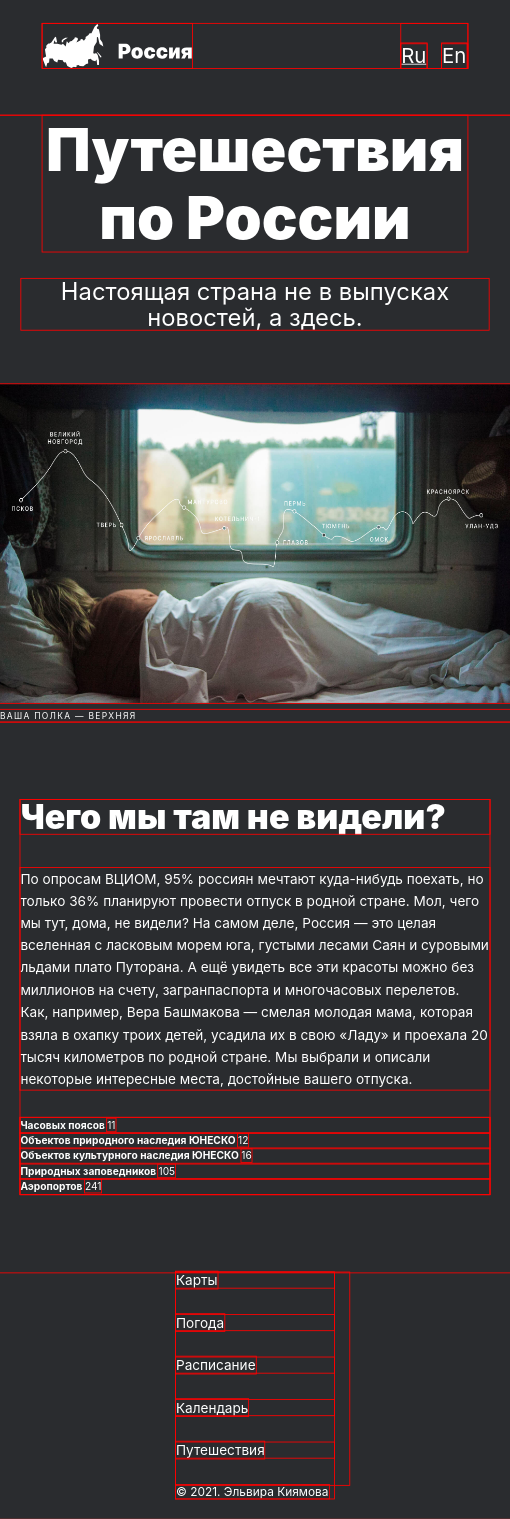
Repository: 89373611988/russia-travel
Page: index.html
An editor plug-in stored every save of this project. The page is shown before and after a run of saves, followed by the edit.
The browser window is 600 px wide. The pictures show the whole page, at 85% of full size.
Some web fonts or font styles are not loaded; a fallback is used.

Above is the page before, as saved 2021-12-18 20:00:37.

### index.html
<!DOCTYPE html>
<html lang="ru">
  <head>
    <meta charset="UTF-8" />
    <meta name="viewport" content="width=device-width, initial-scale=1">
    <title>Путешествия по России</title>
    <link rel="stylesheet" href="pages/index.css" />
  </head>
  <body>
    <div class="page">
      <header class="header page__header">
        <img src="./images/header-logo.svg" alt="" class="header__logo">
        <ul class="header__list">
          <li class="header__item">
            <a href="#" target="_blank" class="header__lang-link">Ru</a>
          </li>
          <li class="header__item">
            <a href="#" target="_blank" class="header__lang-link">En</a>
          </li>
        </ul>
      </header>
      <main class="content">
        <section class="lead ">
          <h1 class="lead__title">Путешествия по России</h1>
          <p class="lead__subtitle">Настоящая страна не в выпусках новостей, а здесь.</p>
          <img src="./images/lead-polka.jpg" alt="Отдых в вагоне" class="lead__image">
          <p class="lead__caption">ваша полка — верхняя</p>
        </section>

        <section class="intro page__intro">
          <h2 class="intro__title">Чего мы там не видели?</h2>
          <p class="intro__text">По опросам ВЦИОМ, 95% россиян мечтают куда-нибудь поехать, но только 36% планируют провести отпуск в родной стране. Мол, чего мы тут, дома, не видели? На самом деле, Россия — это целая вселенная с ласковым морем юга, густыми лесами Саян и суровыми льдами плато Путорана. А ещё увидеть все эти красоты можно без миллионов на счету, загранпаспорта и многочасовых перелетов. Как, например, Вера Башмакова — смелая молодая мама, которая взяла в охапку троих детей, усадила их в свою «Ладу» и проехала 20 тысяч километров по родной стране. Мы выбрали и описали некоторые интересные места, достойные вашего отпуска.</p>
          <ul class="intro__list">
            <li class="intro__item">Часовых поясов
              <span class="intro__number">11</span>
            </li>
            <li class="intro__item">Объектов природного наследия ЮНЕСКО
              <span class="intro__number">12</span>
            </li>
            <li class="intro__item">Объектов культурного наследия ЮНЕСКО
              <span class="intro__number">16</span>
            </li>
            <li class="intro__item">Природных заповедников
              <span class="intro__number">105</span>
            </li>
            <li class="intro__item">Аэропортов
              <span class="intro__number">241</span>
            </li>
          </ul>
        </section>
      </main>

      <footer class="footer">
        <ul class="footer__list">
          <li class="footer__item">
            <a href="https://yandex.ru/maps" class="footer__link">Карты</a>
          </li>
          <li class="footer__item">
            <a href="https://yandex.ru/pogoda" class="footer__link">Погода</a>
          </li>
          <li class="footer__item">
            <a href="https://rasp.yandex.ru" class="footer__link">Расписание</a>
          </li>
          <li class="footer__item">
            <a href="https://calendar.yandex.ru" class="footer__link">Календарь</a>
          </li>
          <li class="footer__item">
            <a href="https://travel.yandex.ru" class="footer__link">Путешествия</a>
          </li>
        </ul>
        <p class="footer__copyright">&copy; 2021. Эльвира Киямова</p>
      </footer>

    </div>
  </body>
</html>

### pages/index.css
@import url("../styles/normalize.css");

@import url("../blocks/page/page.css");
@import url("../blocks/page/__header/page__header.css");
@import url("../blocks/page/__intro/page__intro.css");

@import url("../blocks/header/header.css");
@import url("../blocks/header/__logo/header__logo.css");
@import url("../blocks/header/__list/header__list.css");
@import url("../blocks/header/__item/header__item.css");
@import url("../blocks/header/__lang-link/header__lang-link.css");

@import url("../blocks/content/content.css");

@import url("../blocks/lead/lead.css");
@import url("../blocks/lead/__title/lead__title.css");
@import url("../blocks/lead/__subtitle/lead__subtitle.css");
@import url("../blocks/lead/__image/lead__image.css");
@import url("../blocks/lead/__caption/lead__caption.css");

@import url("../blocks/intro/intro.css");
@import url("../blocks/intro/__title/intro__title.css");
@import url("../blocks/intro/__text/intro__text.css");
@import url("../blocks/intro/__list/intro__list.css");
@import url("../blocks/intro/__item/intro__item.css");
@import url("../blocks/intro/__number/intro__number.css");

@import url("../blocks/footer/footer.css");
@import url("../blocks/footer/__list/footer__list.css");
@import url("../blocks/footer/__item/footer__item.css");
@import url("../blocks/footer/__link/footer__link.css");
@import url("../blocks/footer/__copyight/footer__copyight.css");

@import url("../fonts/Inter\ Web");

### blocks/page/page.css
* {
  outline-width: 1px;
  outline-style: solid;
  outline-color: red;
}

.page {
  color: #ffffff;
  background-color: #2a2c2f;
  font-family: "Inter";
  font-style: normal;
  padding: 28px 0 24px;
  -moz-osx-font-smoothing: grayscale;
  -webkit-font-smoothing: antialiased;
  -webkit-text-size-adjust: 100%;
  -ms-text-size-adjust: 100%;
  -moz-text-size-adjust: 100%;
  text-rendering: optimizeLegibility;
  display: flex;
  flex-direction: column;
  align-items: center;
}

### blocks/page/__header/page__header.css
.page__header {
  margin-bottom: 56px;
}

### blocks/page/__intro/page__intro.css
.page__intro {
  margin: 92px 0;
}

### blocks/header/header.css
.header {
  display: flex;
  flex-direction: row;
  justify-content: space-between;
  width: 1184px;
}

@media (max-width: 1200px) {
  .header {
    width: 928px;
  }
}

@media (max-width: 940px) {
  .header {
    width: 720px;
  }
}

@media (max-width: 768px) {
  .header {
    width: 720px;
  }
}

@media (max-width: 730px) {
  .header {
    width: 600px;
  }
}

@media (max-width: 640px) {
  .header {
    width: 500px;
  }
}

@media (max-width: 540px) {
  .header {
    width: 400px;
  }
}

@media (max-width: 440px) {
  .header {
    width: 300px;
  }
}

@media (max-width: 320px) {
  .header {
    width: 288px;
  }
}

### blocks/header/__logo/header__logo.css
.header__logo {
  width: 176px;
  height: 52px;
}

@media (max-width: 500px) {
  .header__logo {
    width: 142px;
    height: 42px;
  }
}

### blocks/header/__list/header__list.css
.header__list {
  display: flex;
  flex-direction: row;
  align-items: flex-end;
  padding: 0;
  margin: 0;
}

### blocks/header/__item/header__item.css
.header__item {
  list-style-type: none;
  width: 30px;
  height: 28px;
}

.header__item:first-child {
  margin-right: 18px;
  text-decoration: underline;
}

### blocks/header/__lang-link/header__lang-link.css
.header__lang-link {
  font-size: 24px;
  line-height: 28px;
  color: #fff;
  text-decoration: none;
}

@media (max-width: 500px) {
  .header__lang-link {
    font-size: 18px;
    line-height: 20px;
  }
}

### blocks/content/content.css


.content {

}

### blocks/lead/lead.css
.lead {
  display: flex;
  flex-direction: column;
}

### blocks/lead/__title/lead__title.css
.lead__title {
  font-weight: 900;
  font-size: 96px;
  line-height: 100px;
  max-width: 720px;
  text-align: center;
  align-self: center;
  margin: 0;
}

@media (max-width: 768px) {
  .lead__title {
    font-size: 70px;
    line-height: 80px;
    max-width: 500px;
  }
}

@media (max-width: 520px) {
  .lead__title {
    font-size: 50px;
    line-height: 70px;
    max-width: 400px;
  }
}

@media (max-width: 440px) {
  .lead__title {
    font-size: 45px;
    line-height: 50px;
    max-width: 330px;
  }
}

@media (max-width: 320px) {
  .lead__title {
    font-size: 40px;
    line-height: 44px;
    max-width: 288px;
  }
}

### blocks/lead/__subtitle/lead__subtitle.css
.lead__subtitle {
  font-size: 30px;
  line-height: 36px;
  align-self: center;
  margin: 32px 0 64px;
  max-width: 640px;
  text-align: center;
}

@media (max-width: 680px) {
  .lead__subtitle {
    font-size: 28px;
    line-height: 30px;
    max-width: 550px;
  }
}

@media (max-width: 575px) {
  .lead__subtitle {
    font-size: 25px;
    line-height: 30px;
    max-width: 400px;
  }
}

@media (max-width: 430px) {
  .lead__subtitle {
    font-size: 18px;
    line-height: 25px;
    max-width: 300px;
  }
}

@media (max-width: 320px) {
  .lead__subtitle {
    font-size: 16px;
    line-height: 20px;
    max-width: 288px;
  }
}

### blocks/lead/__image/lead__image.css
.lead__image {
  max-width: 984px;
  max-height: 615px;
  margin: 0 auto;
}

@media (max-width: 1024px) {
  .lead__image {
    max-width: 100%;
  }
}

### blocks/lead/__caption/lead__caption.css
.lead__caption {
  font-size: 10px;
  line-height: 14px;
  letter-spacing: 1.5px;
  margin: 8px 0 0;
  text-transform: uppercase;
  text-align: left;
}

### blocks/intro/intro.css
.intro {
  max-width: 690px;
}

@media (max-width: 1024px) {
  .intro {
    margin-left: 48px;
  }
}

@media (max-width: 768px) {
  .intro {
    max-width: 720px;
    margin-left: 24px;
    margin-right: 24px;
  }
}

@media (max-width: 320px) {
  .intro {
    max-width: 288px;
    margin-left: 16px;
    margin-right: 16px;
  }
}

### blocks/intro/__title/intro__title.css
.intro__title {
  margin: 0;
  font-weight: 900;
  font-size: 54px;
  line-height: 58px;
}

@media (max-width: 768px) {
  .intro__title {
    font-size: 40px;
    line-height: 40px;
  }
}

@media (max-width: 400px) {
  .intro__title {
    font-size: 32px;
    line-height: 35px;
  }
}

### blocks/intro/__text/intro__text.css
.intro__text {
  font-size: 16px;
  line-height: 163%;
  margin: 40px 0 33px;
}

### blocks/intro/__list/intro__list.css
.intro__list {
  margin: 0;
  padding: 0;
  font-weight: bold;
  font-size: 12px;
  line-height: 18px;
}

### blocks/intro/__item/intro__item.css
.intro__item {
  list-style-type: none;
}

### blocks/intro/__number/intro__number.css
.intro__number {
  font-weight: normal;
}

### blocks/footer/footer.css
.footer {
  width: 1184px;
  display: flex;
  flex-direction: row;
  justify-content: space-between;
}

@media (max-width: 1220px) {
  .footer {
    width: 1000px;
  }
}

@media (max-width: 1024px) {
  .footer {
    width: 928px;
  }
}

@media (max-width: 960px) {
  .footer {
    width: 800px;
  }
}

@media (max-width: 960px) {
  .footer {
    width: 800px;
  }
}

@media (max-width: 840px) {
  .footer {
    width: 750px;
  }
}

@media (max-width: 768px) {
  .footer {
    width: 720px;
  }
}

@media (max-width: 750px) {
  .footer {
    width: 186px;
    flex-direction: column;
    align-items: flex-start;
  }
}

### blocks/footer/__list/footer__list.css
.footer__list {
  display: flex;
  flex-direction: row;
  padding: 0;
  margin: 0;
  font-size: 16px;
  line-height: 18px;
}

@media (max-width: 750px) {
  .footer__list {
    flex-direction: column;
  }
}

@media (max-width: 320px) {
  .footer__list {
    font-size: 24px;
    line-height: 24px;
  }
}

### blocks/footer/__item/footer__item.css
.footer__item {
  list-style-type: none;
  margin-right: 18px;
}

@media (max-width: 750px) {
  .footer__item {
    width: 186px;
    margin-bottom: 32px;
  }
}

### blocks/footer/__link/footer__link.css
.footer__link {
  color: #fff;
  text-decoration: none;
}

.footer__link:hover {
  opacity: 0.7;
  cursor: pointer;
  transition: opacity 0.5s ease;
}

### blocks/footer/__copyight/footer__copyight.css
.footer__copyright {
  margin: 0;
  font-size: 14px;
  line-height: 16px;
}

@media (max-width: 320px) {
  .footer__copyright {
    line-height: 14px;
  }
}

Loaded but not shown: styles/normalize.css (library)

After the next 3 saves:
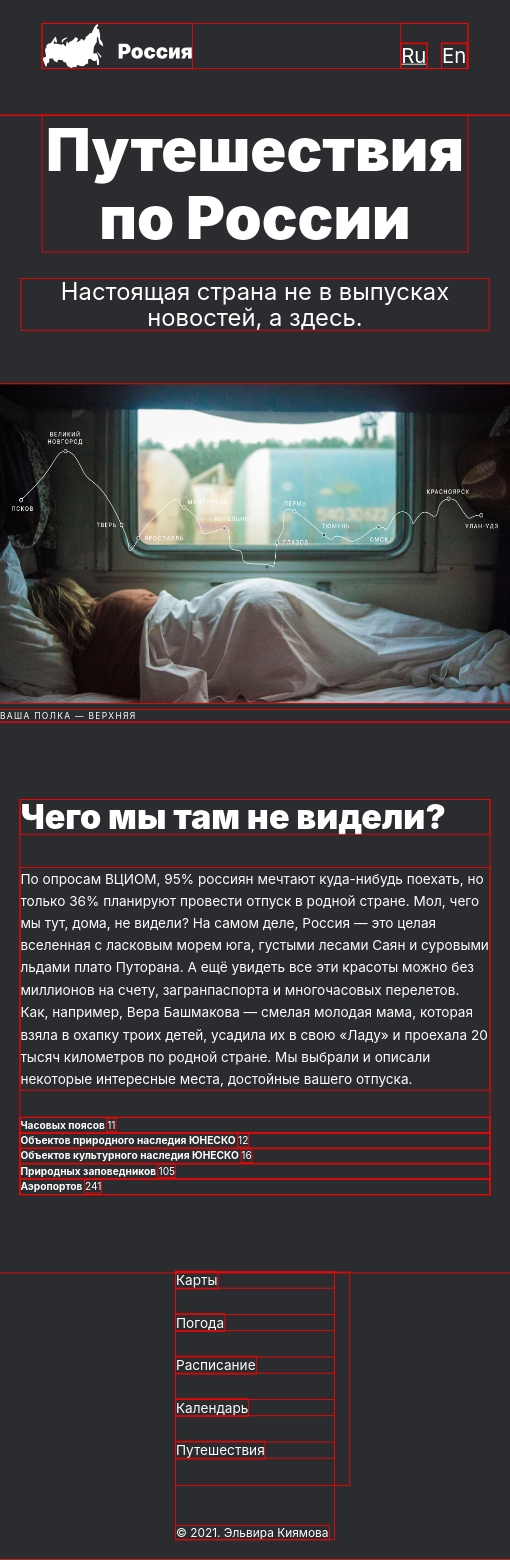
The 3 saves are shown as one change because they came seconds apart.
The last was saved 40 s later.
--- a/blocks/footer/__list/footer__list.css
+++ b/blocks/footer/__list/footer__list.css
@@ -10,6 +10,7 @@
 @media (max-width: 750px) {
   .footer__list {
     flex-direction: column;
+    margin-bottom: 48px;
   }
 }
 
